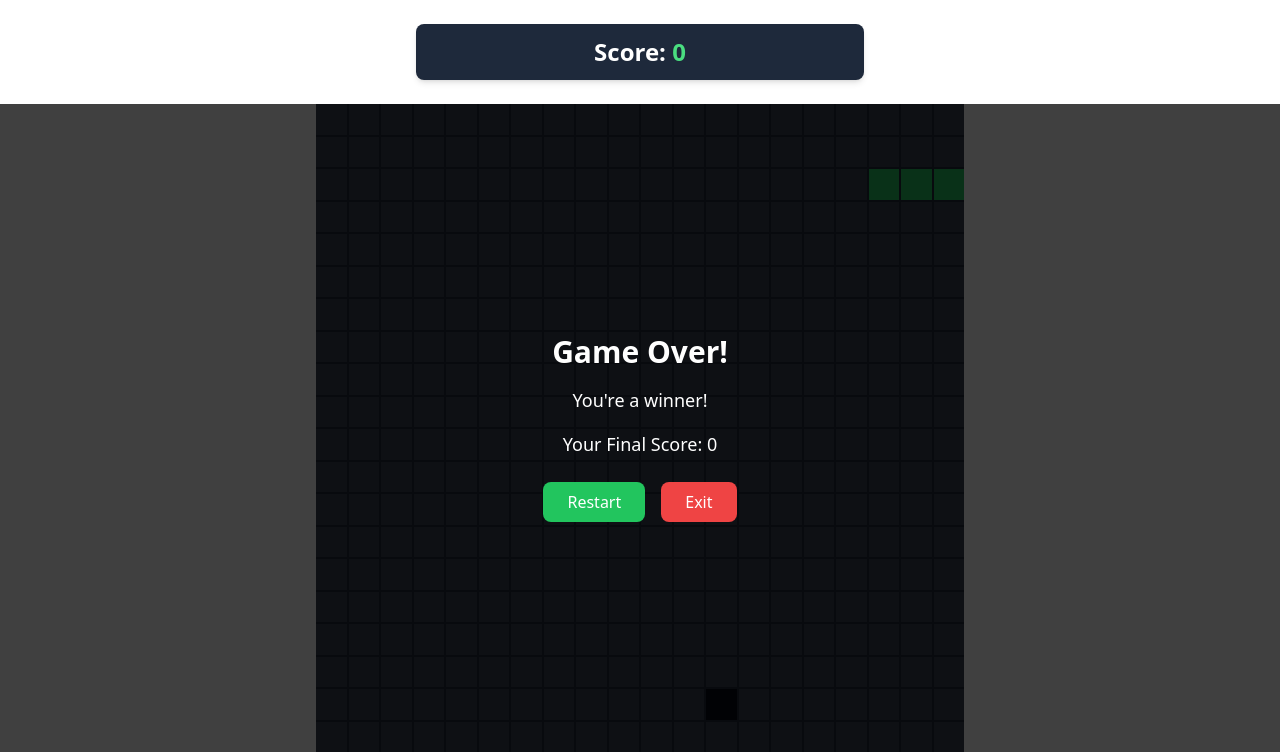
Repository: Shruti0534/snake
Page: /
The author's editor kept a copy of each file at every save. The page is drawn from the files as they stood at one save, then again after the next save.
The browser window is 1280 px wide. The pictures show the whole page.
The project was rebuilt for these pictures with package versions that can differ from the ones it lists, and the page was loaded fresh each time. The framework's server and built-in components were replaced by stand-ins that run in the browser. Also part of the build but not shown: next.config.mjs.

Above is the page before, as saved 2024-12-25 17:37:42.

### app/page.js
'use client'
import React, { useState, useEffect } from "react";
import GameBoard from "../components/GameBoard";
import ScoreBoard from "../components/ScoreBoard";

export default function Home() {
  const [score, setScore] = useState(0);

  return (
    <div className="flex flex-col items-center justify-center min-h-screen bg-gray-900 text-white px-4 sm:px-8 md:px-16">
      <h1 className="text-4xl text-center text-black sm:text-5xl md:text-6xl font-bold mb-8 p-4 rounded-md">
        Snake Game
      </h1>
      <ScoreBoard score={score} />
      <div className="w-full max-w-4xl">
        <GameBoard score={score} setScore={setScore} />
      </div>
    </div>
  );
}

### components/GameBoard.js
import React, { useState, useEffect } from "react";
import ComplimentModal from "./ComplimentModal"; // Import ComplimentModal

const GameBoard = ({ score, setScore }) => {
  const boardSize = 20;
  const initialSnake = [42, 41, 40];
  const [snake, setSnake] = useState(initialSnake);
  const [direction, setDirection] = useState("RIGHT");
  const [food, setFood] = useState(generateFood());
  const [isGameOver, setIsGameOver] = useState(false);

  function generateFood() {
    return Math.floor(Math.random() * boardSize * boardSize);
  }

  const moveSnake = () => {
    const newSnake = [...snake];
    const head = newSnake[0];
    let newHead;

    if (direction === "RIGHT") newHead = head + 1;
    if (direction === "LEFT") newHead = head - 1;
    if (direction === "UP") newHead = head - boardSize;
    if (direction === "DOWN") newHead = head + boardSize;

    // Collision checks
    if (
      newHead < 0 || // Out of bounds (top)
      newHead >= boardSize * boardSize || // Out of bounds (bottom)
      (direction === "RIGHT" && head % boardSize === boardSize - 1) || // Wall collision (right)
      (direction === "LEFT" && head % boardSize === 0) || // Wall collision (left)
      snake.includes(newHead) // Collision with self
    ) {
      setIsGameOver(true);
      return;
    }

    newSnake.unshift(newHead);
    if (newHead === food) {
      setScore(score + 1);
      setFood(generateFood());
    } else {
      newSnake.pop();
    }
    setSnake(newSnake);
  };

  const handleKeyPress = (e) => {
    if (e.key === "ArrowRight" && direction !== "LEFT") setDirection("RIGHT");
    if (e.key === "ArrowLeft" && direction !== "RIGHT") setDirection("LEFT");
    if (e.key === "ArrowUp" && direction !== "DOWN") setDirection("UP");
    if (e.key === "ArrowDown" && direction !== "UP") setDirection("DOWN");
  };

  useEffect(() => {
    if (isGameOver) return;
    const interval = setInterval(moveSnake, 200);
    return () => clearInterval(interval);
  }, [snake, direction, isGameOver]);

  useEffect(() => {
    window.addEventListener("keydown", handleKeyPress);
    return () => window.removeEventListener("keydown", handleKeyPress);
  }, [direction]);

  return (
    <div className="relative w-full h-full flex justify-center items-center">
      {isGameOver && (
        <ComplimentModal
          score={score}
          onRestart={() => {
            setSnake(initialSnake);
            setDirection("RIGHT");
            setFood(generateFood());
            setScore(0);
            setIsGameOver(false);
          }}
          onExit={() => setIsGameOver(false)} // Example exit function, you can adjust it as needed
        />
      )}

      <div
        className="grid gap-0.5 bg-gray-800"
        style={{
          gridTemplateColumns: `repeat(${boardSize}, minmax(15px, 1fr))`,
          gridTemplateRows: `repeat(${boardSize}, minmax(15px, 1fr))`,
          width: "90vmin",
          height: "90vmin",
        }}
      >
        {Array.from({ length: boardSize * boardSize }).map((_, index) => (
          <div
            key={index}
            className={`w-full h-full ${
              snake.includes(index)
                ? "bg-green-500"
                : index === food
                ? "bg-gray-950"
                : "bg-gray-700"
            }`}
          ></div>
        ))}
      </div>
    </div>
  );
};

export default GameBoard;

### components/ScoreBoard.js
import React from "react";

const ScoreBoard = ({ score }) => {
  return (
    <div className="bg-slate-800 px-6 py-3 rounded-lg shadow-md text-center w-full max-w-md text-white sm:text-xl md:text-2xl font-semibold mb-6">
      <span>Score: </span>
      <span className="text-green-400">{score}</span>
    </div>
  );
};

export default ScoreBoard;

### components/ComplimentModal.js
// components/ComplimentModal.js
import React from "react";

const compliments = [
  "You're unstoppable!",
  "What a legend!",
  "Amazing effort!",
  "Fantastic skills!",
  "Snake pro!",
  "You're a winner!",
  "Keep slithering!",
];

const ComplimentModal = ({ score, onRestart, onExit }) => {
  // Get a random compliment from the list
  const randomCompliment = compliments[Math.floor(Math.random() * compliments.length)];

  return (
    <div className="absolute inset-0 bg-black bg-opacity-75 flex flex-col items-center justify-center text-white">
      <h2 className="text-3xl font-bold mb-4">Game Over!</h2>
      <p className="mb-4 text-lg">{randomCompliment}</p>
      <p className="mb-6 text-lg">Your Final Score: {score}</p>
      <div className="flex space-x-4">
        <button
          className="px-6 py-2 bg-green-500 rounded-lg hover:bg-green-600 transition"
          onClick={onRestart}
        >
          Restart
        </button>
        <button
          className="px-6 py-2 bg-red-500 rounded-lg hover:bg-red-600 transition"
          onClick={onExit}
        >
          Exit
        </button>
      </div>
    </div>
  );
};

export default ComplimentModal;

### tailwind.config.mjs
/** @type {import('tailwindcss').Config} */
export default {
  content: ["./pages/**/*.{js,ts,jsx,tsx}", "./components/**/*.{js,ts,jsx,tsx}"],
  theme: {
    extend: {},
  },
  plugins: [],
};

Loaded but not shown: app/layout.js (common file); app/globals.css (common file)

After the next save:
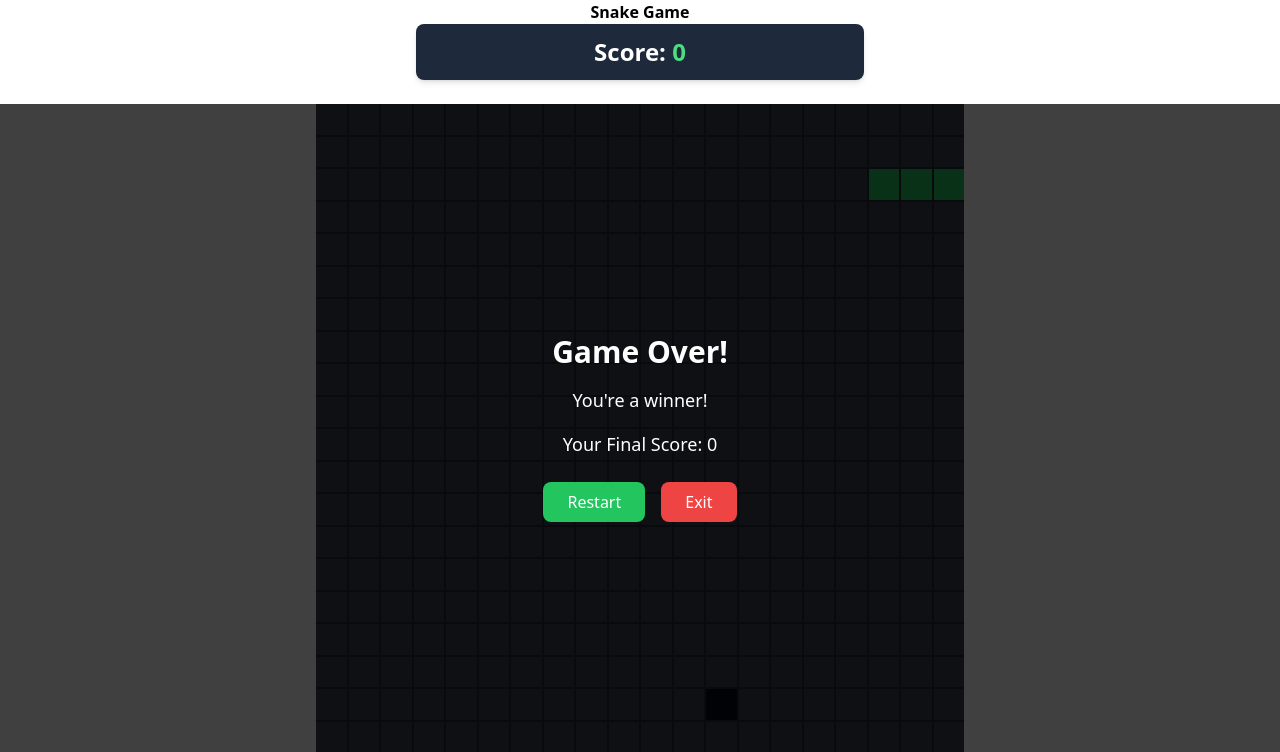
Saved 29 s later.
--- a/app/page.js
+++ b/app/page.js
@@ -7,7 +7,7 @@ export default function Home() {
   const [score, setScore] = useState(0);
 
   return (
-    <div className="flex flex-col items-center justify-center min-h-screen bg-gray-900 text-white px-4 sm:px-8 md:px-16">
+    <div className="flex flex-col items-center justify-center min-h-screen bg-gray-900  px-4 sm:px-8 md:px-16">
       <h1 className="text-4xl text-center text-black sm:text-5xl md:text-6xl font-bold mb-8 p-4 rounded-md">
         Snake Game
       </h1>
